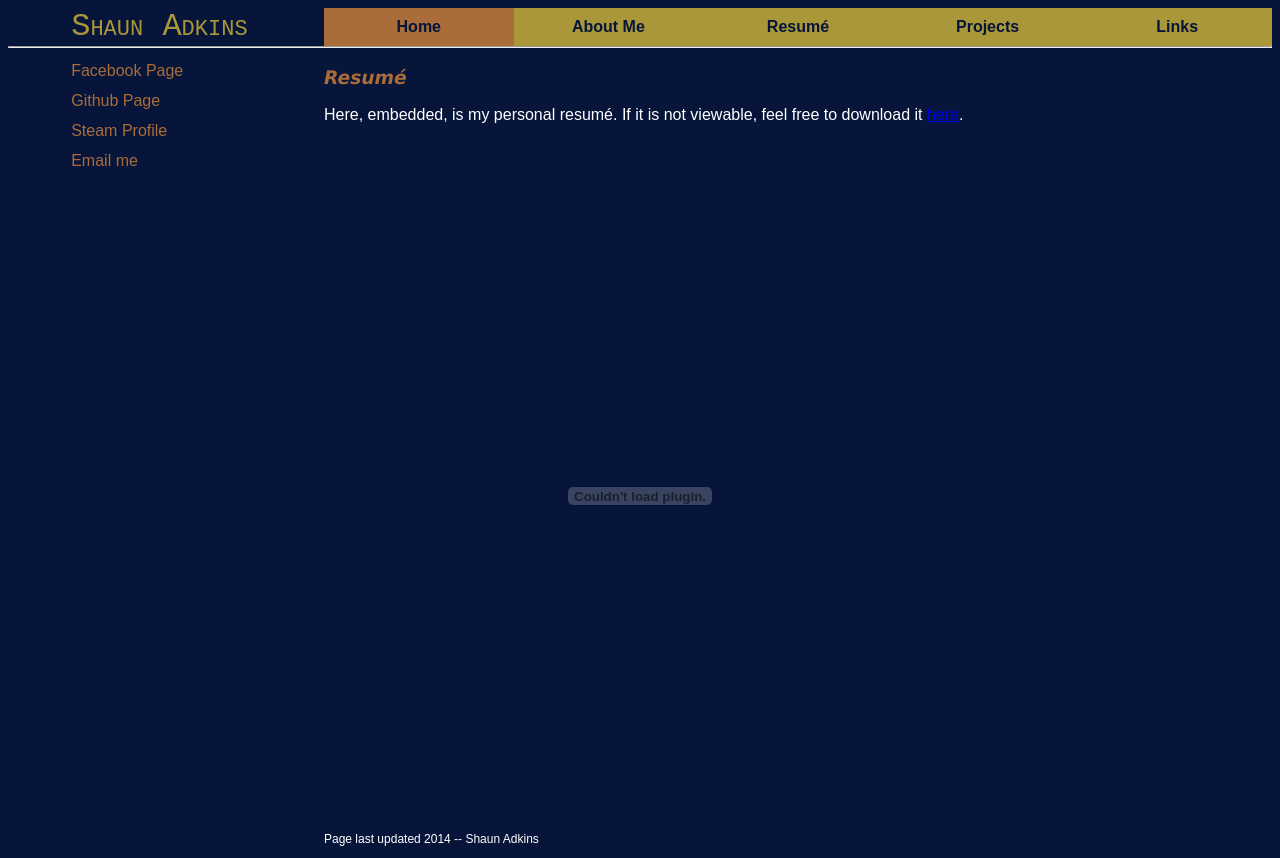
Repository: adkinsrs/sadkins_site
Page: html/resume.html
The author's editor kept a record of every edit. The page is drawn from the files as they stood at one moment, then again after the next edit.
The browser window is 1280 px wide. The pictures show the whole page.

Above is the page before.

### html/resume.html
<!DOCTYPE html>

<!--
Resume Page
-->
<html lang="en">
    <head>
        <meta charset="utf-8" />
        <meta name="viewport" content="width=device-width">
        <title>Resume</title>
        <link rel="stylesheet" href="../css/main.css" type="text/css"/>
    </head>

    <body>
        <nav>
            <a class="site_name" href="/">Shaun Adkins</a>
            <ul>
                <li class="navmenu"><a class="current" href="./home.html">Home</a></li>
                <li class="navmenu"><a class="otherpage" href="./about.html">About Me</a></li>
                <li class="navmenu"><a class="otherpage" href="./resume.html">Resum&#233;</a></li>
                <li class="navmenu"><a class="otherpage" href="./projects.html">Projects</a></li>                <li class="navmenu"><a class="otherpage" href="./links.html">Links</a></li>
            </ul>
        <nav>
        <hr>

        <aside>
            <ul>
                <li><a class="links" href="https://www.facebook.com/adkinsrs">Facebook Page</a></li>
                <li><a class="links" href="https://github.com/adkinsrs">Github Page</a></li>
                <li><a class="links" href="http://steamcommunity.com/id/MeNoSeeGood">Steam Profile</a></li>
                <li><a class="links" href="mailto:shaun.adkins@gmail.com?Subject=SAdkins%20Website">Email me</a></li>
            </ul>
        </aside>
            <h1>Resum&#233;</h1>

            <div id="text_container">
                <p>Here, embedded, is my personal resum&#233;.  If it is not viewable, feel free to download it <a class="general_link" href="../resume.pdf">here</a>.</p>
                <embed id="resume_file" width="100%" height="640" type="application/pdf" src="../resume.pdf">
            </div>

        <footer>
            <p>Page last updated 2014 -- Shaun Adkins</>
        </footer>
    </body>
</html>

### css/main.css
body {
    background-color: #061539;
    color: #FFFFFF;
    font-family: Arial, Helvetica, sans-serif;
}

/* To support HTML5 elements in Internet Explorer 8 */
header, section, footer, aside, nav, main, article, figure {
    display: block;
}

h1, h3 {
    font-family:"Lucida Sans Unicode", "Lucida Grande", sans-serif;
    color: #AA6C39;
    font-style: italic;
}

nav {
    text-align: left;
}

ul {
    list-style-type: none;
    margin:0;
    padding: 0;
}

ol {
    padding-left: 20px;
}

img {
    width: 33%;
}

footer {
    width: 50%;
    margin-left: 25%;
    clear: both;
    text-align: left;
}

.navmenu {
    text-align: center;
	font-family: Arial, Helvetica, sans-serif;
    font-weight: bold;
}

/* <a> menu links */
.current, .otherpage {
    display: block;
    text-decoration: none;
    color: #061539;
}

.current, .current:visited {
    background-color: #AA6C39;
}

.otherpage, .otherpage:visited {
    background-color: #AA9739;
}

.current:hover,.otherpage:hover, .links:hover {
    color: #FFFFFF;
}

.links {
    text-decoration: none;
    color: #AA6C39;
}

.site_name {
    text-decoration: none;
    color: #AA9739;
    font-size: 2em;
    font-family: "Courier New", Courier, monospace;
    font-variant: small-caps;
}

.normal_list {
    list-style-type: disc;
    padding-left:10px;
}

/* tablet size screens */
@media screen and (max-width: 720px){
    .navmenu {
        width: 100%;
    }

    .site_name {
        display: block;
        width: 100%;
        text-align: center;
        clear: both;
        line-height: 30px;
    }

    aside {
        width: 100%;
        text-align: center;
        margin: auto;
        float: none;
    }

    section {
        margin-left: 16%;
        margin-right: 16%;
        width: 68%;
        text-align: justify;
    }

    footer {
        font-size: 0.5em;
    }

    h1 {
        text-align: center;
    }

    img {
        width: 66%;
        margin-left: auto;
        margin-right: auto;
        padding: 20px;
        display: block;
    }

}


/* large size screens */
@media screen and (min-width: 721px){

    aside {
        float: left;
        text-align: left;
        line-height: 30px;
        width: 20%;
        margin-left: 5%;
    }

    section {
        width: 50%;
        float: left;
        text-align: left;
    }

    footer {
        font-size: 0.75em;
    }

    .navmenu {
        float: left;
        width: 15%;
        clear: right;
    }

    /* <a> menu links */
    .current, .otherpage {
        padding: 10px;
    }

    .site_name {
        width: 20%;
        margin-left: 5%;
        float: left;
    }

    .img_left {
        float: left;
    }

    .img_right {
        float: right;
    }
}

After the next edit:
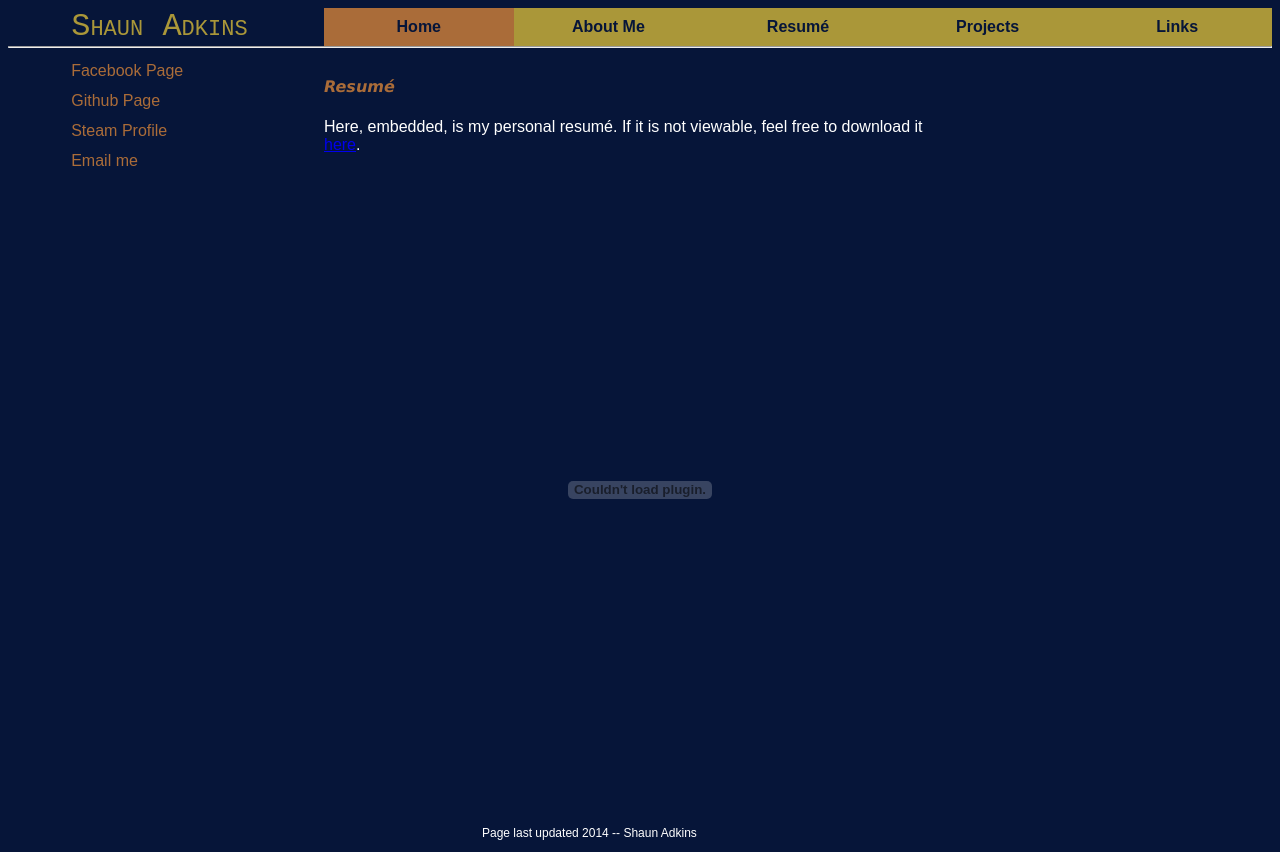
The edit:
--- a/html/resume.html
+++ b/html/resume.html
@@ -31,6 +31,8 @@
                 <li><a class="links" href="mailto:shaun.adkins@gmail.com?Subject=SAdkins%20Website">Email me</a></li>
             </ul>
         </aside>
+
+        <section>
             <h1>Resum&#233;</h1>
 
             <div id="text_container">
